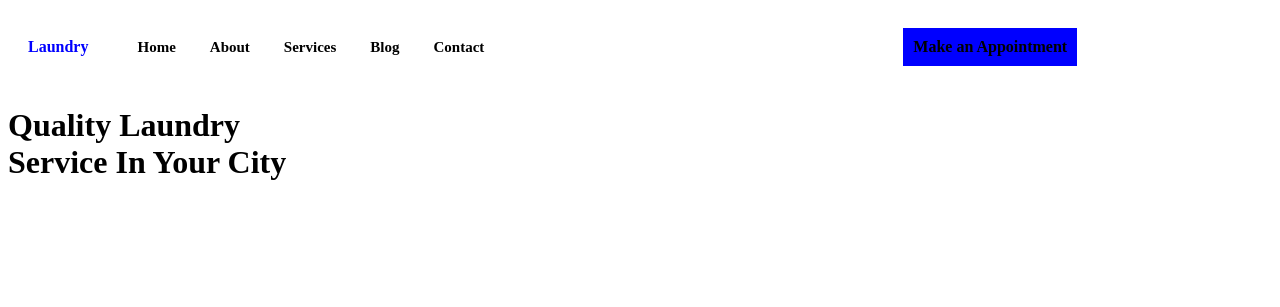
Repository: Tobby004/BDC-Assignment-4
Page: index.html
An editor plug-in stored every save of this project. The page is shown before and after the next save, followed by the edit.
The browser window is 1280 px wide. The pictures show the whole page.

Above is the page before, as saved 2023-03-08 04:42:33.

After the next save:
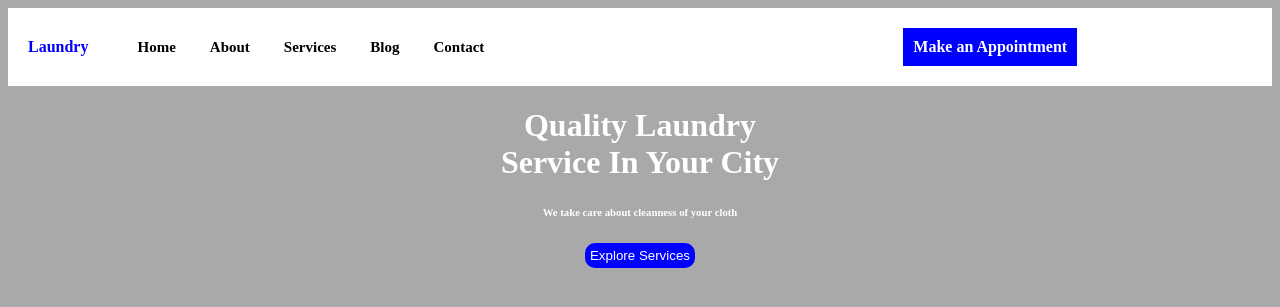
Saved 18 min 50 s later.
--- a/index.html
+++ b/index.html
@@ -20,5 +20,7 @@
     </ul>
     </div>
     <h1> Quality Laundry <br> Service In Your City</h1>
+    <h6> We take care about cleanness of your cloth</h6>
+   <center><button>Explore Services</button></center>
 </body>
 </html>
--- a/task.css
+++ b/task.css
@@ -2,7 +2,7 @@
     box-sizing: border-box;
 }
 body {
-    background-color: #ffff;
+    background-color: darkgrey;
 }
 .navbar ul {
  margin: auto;
@@ -25,9 +25,26 @@ body {
     font-family: 'Times New Roman', Times, serif;
 }
 .navbar li b {
-    color: black;
+    color: white;
     display: inline-block;
     padding: 10px;
     background-color: blue;
     margin-left: 400px;
 }
+h1 {
+    text-align: center;
+    color: white;
+}
+h6 {
+    text-align: center;
+    color: white;
+}
+button {
+    background:blue;
+    color: white;
+    padding: 5px;
+    border: none;
+    justify-content: center;
+    border-radius: 10px;
+
+}
